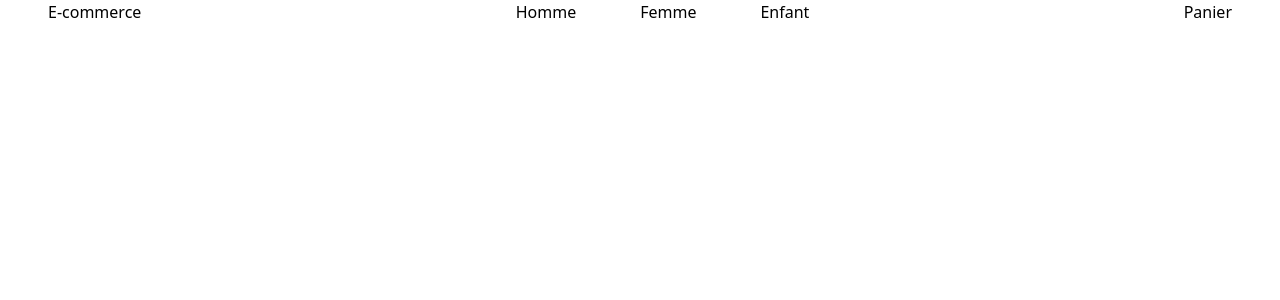
Repository: Adrien-legeleu/e-commerce
Page: / (app in frontend/)
These files come from the project's save history. The page is drawn as it stood at one moment and after the next save; the edit follows.
The browser window is 1280 px wide. The pictures show the whole page.
The project was rebuilt for these pictures with package versions that can differ from the ones it lists, and the page was loaded fresh each time. Also part of the build but not shown: frontend/vite.config.ts.

Above is the page before, as saved 2024-05-17 17:41:48.

### frontend/index.html
<!doctype html>
<html lang="en">
  <head>
    <meta charset="UTF-8" />
    <link rel="icon" type="image/svg+xml" href="/vite.svg" />
    <meta name="viewport" content="width=device-width, initial-scale=1.0" />
    <title>E-commerce</title>
  </head>
  <body>
    <div id="root"></div>
    <script type="module" src="/src/main.tsx"></script>
  </body>
</html>

### frontend/src/App.tsx
import { Header } from "./components";

const App = () => {
  return (
    <div>
      <Header />
    </div>
  );
};

export default App;

### frontend/src/components/Header.tsx
export const Header = () => {
  return (
    <div className="px-12 w-full  flex  justify-between items-center">
      <div className="">
        <h1>E-commerce</h1>
      </div>
      <ul className="flex items-center  gap-16">
        <li>Homme</li>
        <li>Femme</li>
        <li>Enfant</li>
      </ul>
      <div>
        <button>Panier</button>
      </div>
    </div>
  );
};

Loaded but not shown: frontend/src/main.tsx (common file); frontend/src/index.css (common file); frontend/src/components/index.ts (common file); frontend/tailwind.config.js (common file)

After the next save:
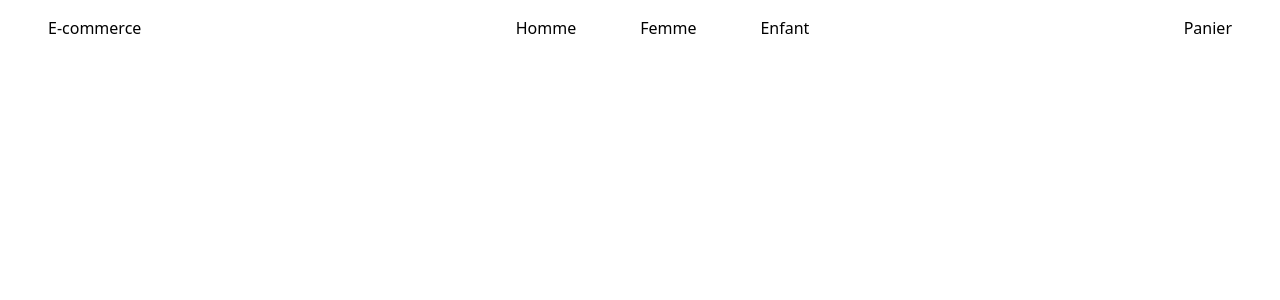
Saved 5 s later.
--- a/frontend/src/components/Header.tsx
+++ b/frontend/src/components/Header.tsx
@@ -1,6 +1,6 @@
 export const Header = () => {
   return (
-    <div className="px-12 w-full  flex  justify-between items-center">
+    <div className="px-12 py-4 w-full  flex  justify-between items-center">
       <div className="">
         <h1>E-commerce</h1>
       </div>
